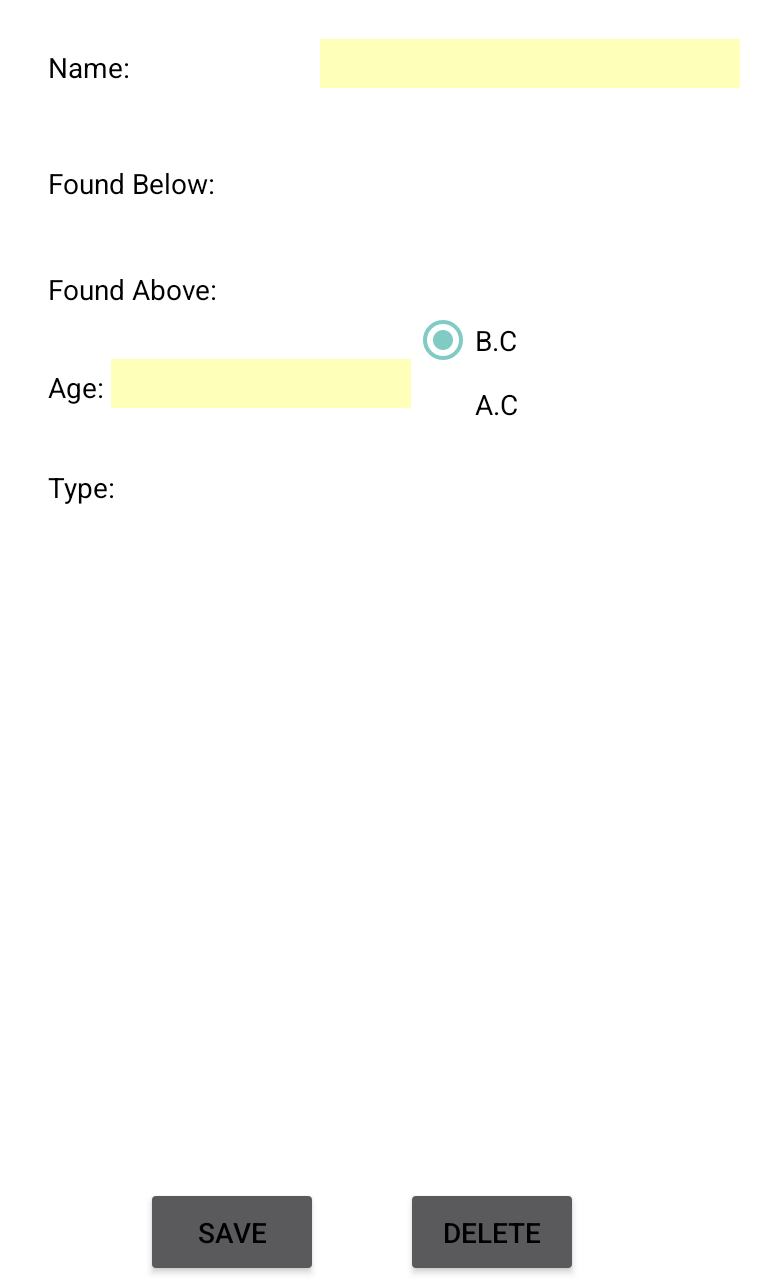
Repository: qfornaguera/AppQuelogy
Layout: AppQueology/res/layout/activity_artifact.xml
The author's editor kept a copy of each file at every save. The layout is drawn from the files as they stood at one save, then again after the next save.
It is drawn on a 768 x 1280 px phone screen (xhdpi) without system bars, with theme Theme.AppCompat; the app's code is not run. Lists and similar views that code fills are empty.

Above is the layout before, as saved 2014-05-26 20:50:24.

### AppQueology/res/layout/activity_artifact.xml
<RelativeLayout xmlns:tools="http://schemas.android.com/tools"
    xmlns:android="http://schemas.android.com/apk/res/android"
    android:layout_width="wrap_content"
    android:layout_height="wrap_content"
    tools:context="com.example.appqueology.ArtifactActivity"
    android:background="#ffffff" >

	<ScrollView
	    android:layout_width="wrap_content"
	    android:layout_height="wrap_content" >

		<RelativeLayout
		    android:id="@+id/container"
		    android:layout_width="wrap_content"
		    android:layout_height="594dp"
		    android:background="#ffffff"
		    tools:ignore="MergeRootFrame" >

		    <EditText
		        android:id="@+id/editText1"
		        android:layout_width="wrap_content"
		        android:layout_height="wrap_content"
		        android:layout_alignBaseline="@+id/textView1"
		        android:layout_alignBottom="@+id/textView1"
		        android:layout_alignParentRight="true"
		        android:layout_marginRight="14dp"
		        android:background="#FEFFB8"
		        android:ems="10"
		        android:maxLength="25"
		        android:paddingLeft="10dp"
		        android:textColor="#000000" >

		    </EditText>

		    <TextView
		        android:id="@+id/textView1"
		        android:layout_width="wrap_content"
		        android:layout_height="wrap_content"
		        android:layout_alignParentLeft="true"
		        android:layout_alignParentTop="true"
		        android:layout_marginLeft="24dp"
		        android:layout_marginTop="24dp"
		        android:text="Name: "
		        android:textColor="#000000" />



		    <TextView
		        android:id="@+id/textView2"
		        android:layout_width="wrap_content"
		        android:layout_height="wrap_content"
		        android:layout_alignLeft="@+id/textView1"
		        android:layout_below="@+id/editText1"
		        android:layout_marginTop="38dp"
		        android:text="Found Below: "
		        android:textAppearance="?android:attr/textAppearanceSmall"
		        android:textColor="#000000" />

		    <TextView
		        android:id="@+id/textView3"
		        android:layout_width="wrap_content"
		        android:layout_height="wrap_content"
		        android:layout_alignBaseline="@+id/textView2"
		        android:layout_alignBottom="@+id/textView2"
		        android:layout_alignRight="@+id/editText1"
		        android:layout_toRightOf="@+id/textView2"
		        android:ems="10"
		        android:textColor="#000000" />

		    <TextView
		        android:id="@+id/textView4"
		        android:layout_width="wrap_content"
		        android:layout_height="wrap_content"
		        android:layout_alignLeft="@+id/textView2"
		        android:layout_below="@+id/textView2"
		        android:layout_marginTop="34dp"
		        android:text="Found Above: "
		        android:textAppearance="?android:attr/textAppearanceSmall"
		        android:textColor="#000000" />

		    <TextView
		        android:id="@+id/textView5"
		        android:layout_width="wrap_content"
		        android:layout_height="wrap_content"
		        android:layout_alignBaseline="@+id/textView4"
		        android:layout_alignBottom="@+id/textView4"
		        android:layout_alignParentRight="true"
		        android:layout_toRightOf="@+id/textView4"
		        android:textColor="#000000" />

		    <TextView
		        android:id="@+id/textView6"
		        android:layout_width="wrap_content"
		        android:layout_height="wrap_content"
		        android:layout_alignLeft="@+id/textView4"
		        android:layout_below="@+id/textView4"
		        android:layout_marginTop="30dp"
		        android:text="Age: "
		        android:textColor="#000000" />

		    <EditText
		        android:id="@+id/editText2"
		        android:layout_width="wrap_content"
		        android:layout_height="wrap_content"
		        android:layout_alignBaseline="@+id/textView6"
		        android:layout_alignBottom="@+id/textView6"
		        android:layout_toRightOf="@+id/textView6"
		        android:background="#FEFFB8"
		        android:ems="10"
		        android:inputType="numberSigned"
		        android:paddingLeft="10dp"
		        android:textColor="#000000"
		        android:width="150dp" />

		    <TextView
		        android:id="@+id/textView7"
		        android:layout_width="wrap_content"
		        android:layout_height="wrap_content"
		        android:layout_alignLeft="@+id/textView6"
		        android:layout_below="@+id/radioGroup1"
		        android:layout_marginTop="16dp"
		        android:text="Type: "
		        android:textColor="#000000" />

		    <RadioGroup
		        android:id="@+id/radioGroup1"
		        android:layout_width="wrap_content"
		        android:layout_height="wrap_content"
		        android:layout_below="@+id/textView5"
		        android:layout_toRightOf="@+id/editText2"
		        android:width="50dp" >

		        <RadioButton
		            android:id="@+id/radio0"
		            android:layout_width="wrap_content"
		            android:layout_height="wrap_content"
		            android:checked="true"
		            android:text="B.C"
		            android:textColor="#000000" />

		        <RadioButton
		            android:id="@+id/radio1"
		            android:layout_width="wrap_content"
		            android:layout_height="wrap_content"
		            android:text="A.C"
		            android:textColor="#000000" />
		    </RadioGroup>

		    <TextView
		        android:id="@+id/textView8"
		        android:layout_width="wrap_content"
		        android:layout_height="wrap_content"
		        android:layout_alignBottom="@+id/textView7"
		        android:layout_alignRight="@+id/textView3"
		        android:layout_toRightOf="@+id/textView1"
		        android:textColor="#000000" />

		</RelativeLayout>
	</ScrollView>

    <Button
        android:id="@+id/delete"
        android:layout_width="wrap_content"
        android:layout_height="wrap_content"
        android:layout_alignParentBottom="true"
        android:layout_marginLeft="42dp"
        android:layout_toRightOf="@+id/save"
        android:text="Delete"
        android:textColor="#000000" />

    <Button
        android:id="@+id/save"
        android:layout_width="wrap_content"
        android:layout_height="wrap_content"
        android:layout_alignParentBottom="true"
        android:layout_alignParentLeft="true"
        android:layout_marginLeft="72dp"
        android:text="Save"
        android:textColor="#000000" />

</RelativeLayout>

After the next save:
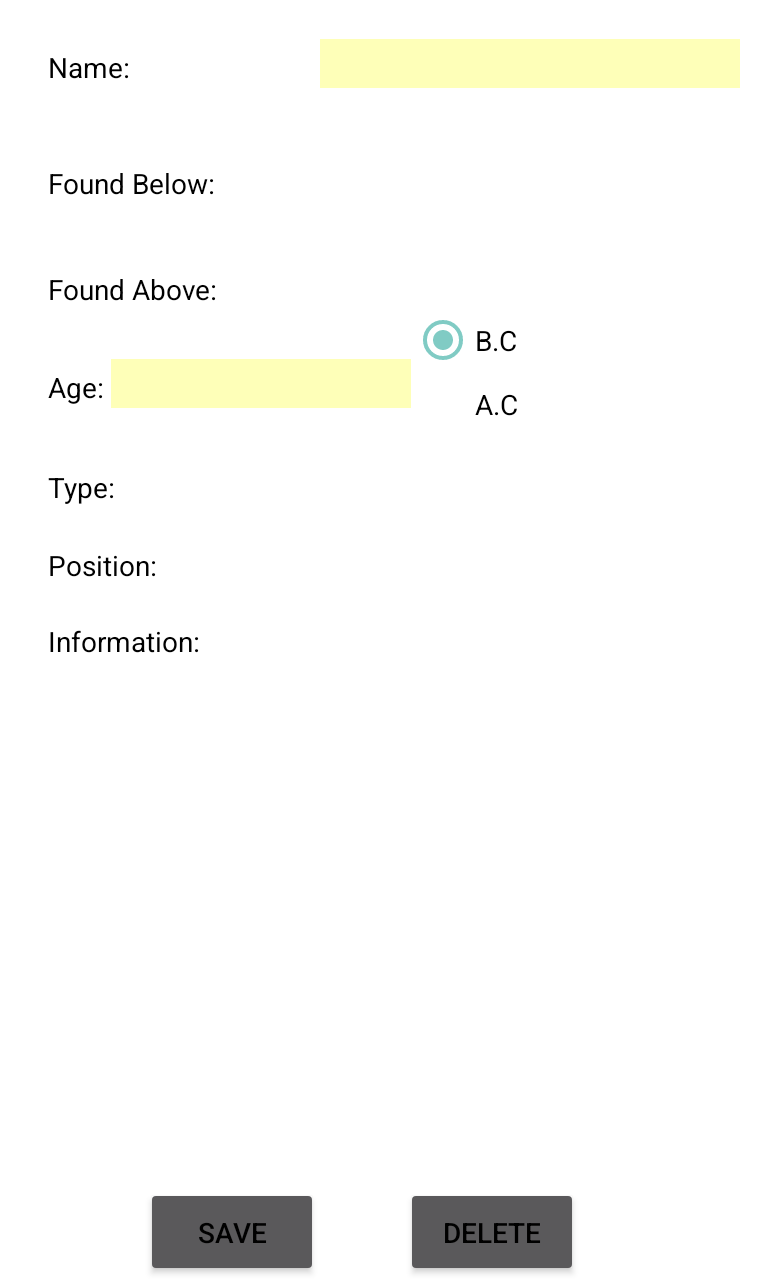
Saved 7 min 8 s later.
--- a/AppQueology/res/layout/activity_artifact.xml
+++ b/AppQueology/res/layout/activity_artifact.xml
@@ -2,8 +2,8 @@
     xmlns:android="http://schemas.android.com/apk/res/android"
     android:layout_width="wrap_content"
     android:layout_height="wrap_content"
-    tools:context="com.example.appqueology.ArtifactActivity"
-    android:background="#ffffff" >
+    android:background="#ffffff"
+    tools:context="com.example.appqueology.ArtifactActivity" >
 
 	<ScrollView
 	    android:layout_width="wrap_content"
@@ -155,6 +155,34 @@
 		        android:layout_toRightOf="@+id/textView1"
 		        android:textColor="#000000" />
 
+		    <TextView
+		        android:id="@+id/textView9"
+		        android:layout_width="wrap_content"
+		        android:layout_height="wrap_content"
+		        android:layout_alignLeft="@+id/textView7"
+		        android:layout_below="@+id/textView7"
+		        android:layout_marginTop="58dp"
+		        android:text="Information: "
+		        android:textColor="#000000" />
+
+		    <TextView
+		        android:id="@+id/textView10"
+		        android:layout_width="wrap_content"
+		        android:layout_height="wrap_content"
+		        android:layout_alignLeft="@+id/textView7"
+		        android:layout_below="@+id/textView7"
+		        android:layout_marginTop="20dp"
+		        android:text="Position:"
+		        android:textColor="#000000" />
+
+		    <ListView
+		        android:id="@+id/listView1"
+		        android:layout_width="match_parent"
+		        android:layout_height="wrap_content"
+		        android:layout_alignLeft="@+id/textView5"
+		        android:layout_alignTop="@+id/textView10" >
+		    </ListView>
+
 		</RelativeLayout>
 	</ScrollView>
 
